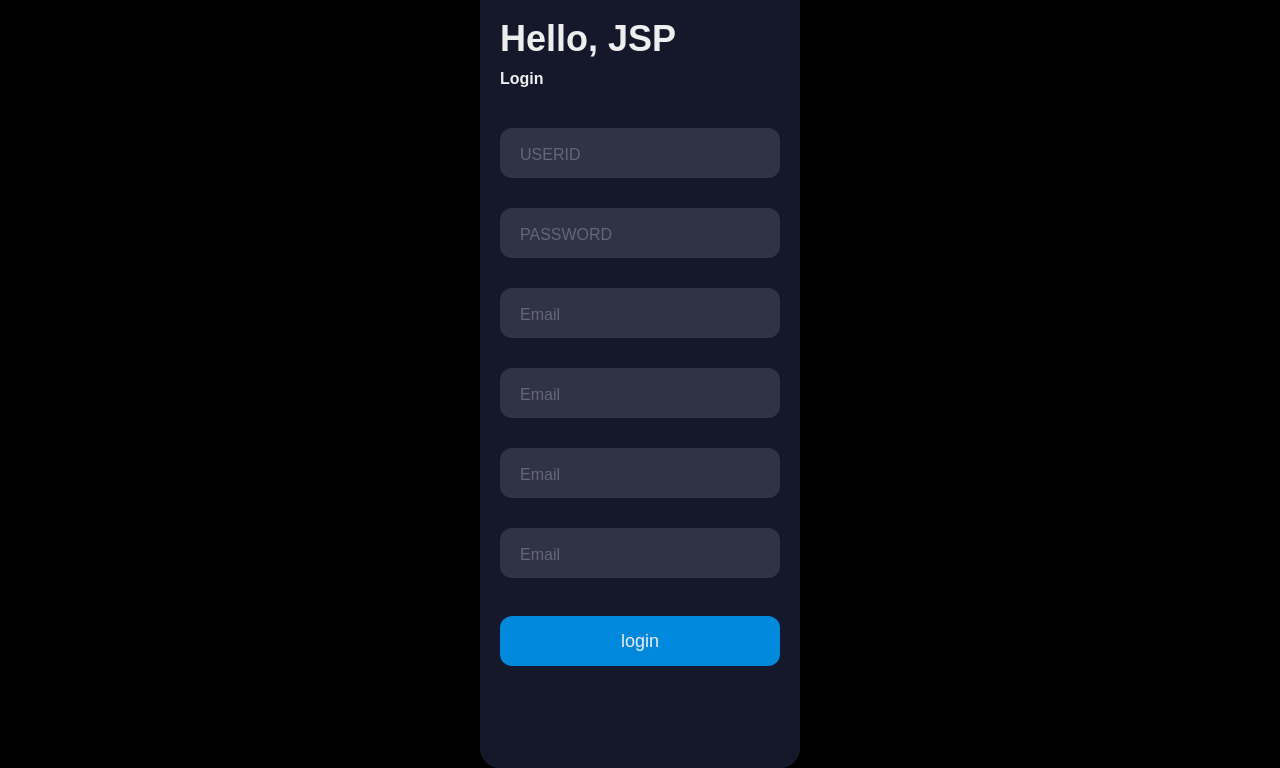
Repository: uhhuhhmm/JSP-Servlet-Class
Page: http://localhost/web03/boardForm304.jsp
An editor plug-in stored every save of this project. The page is shown before and after the next save, followed by the edit.
The browser window is 1280 px wide. The pictures show the whole page.
The page is served by Tomcat 9.

Above is the page before, as saved 2022-07-15 02:07:52.

After the next save:
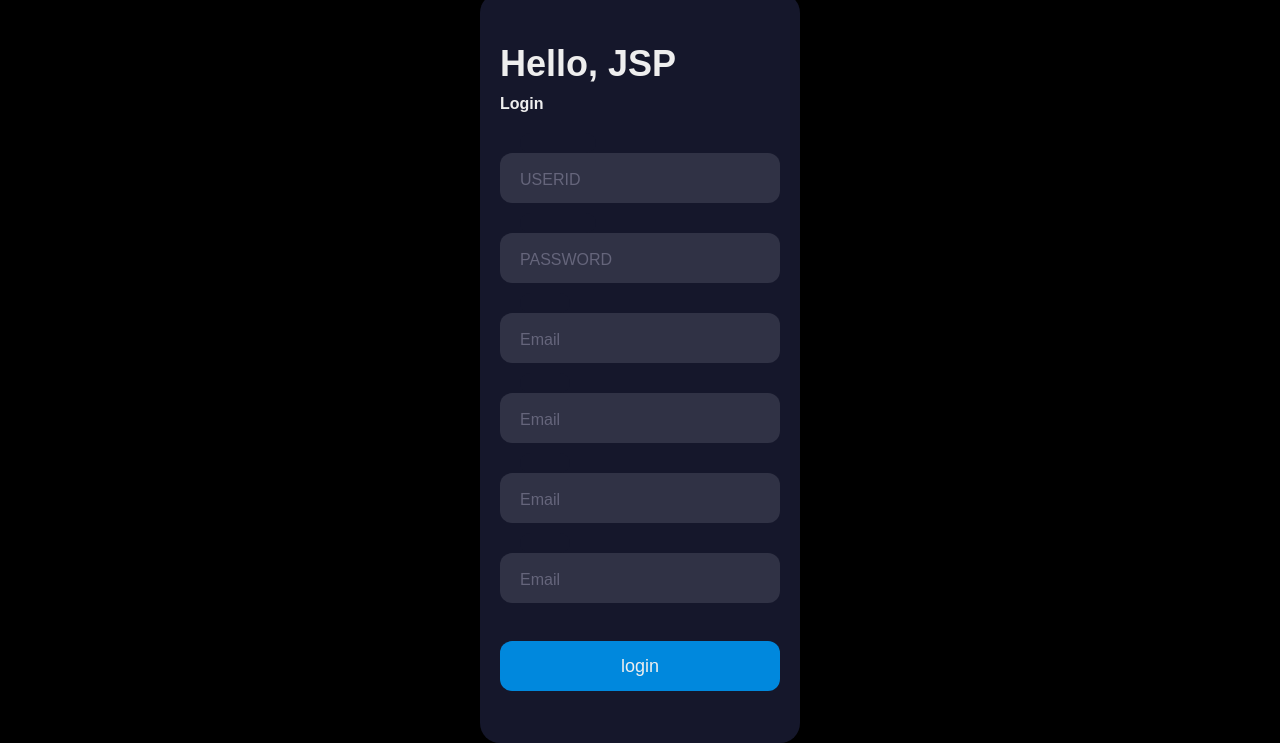
Saved 11 s later.
--- a/web03/WebContent/boardForm304.jsp
+++ b/web03/WebContent/boardForm304.jsp
@@ -23,7 +23,7 @@ body {
   background-color: #15172b;
   border-radius: 20px;
   box-sizing: border-box;
-  height: 800px;
+  height: 750px;
   padding: 20px;
   width: 320px;
 }
